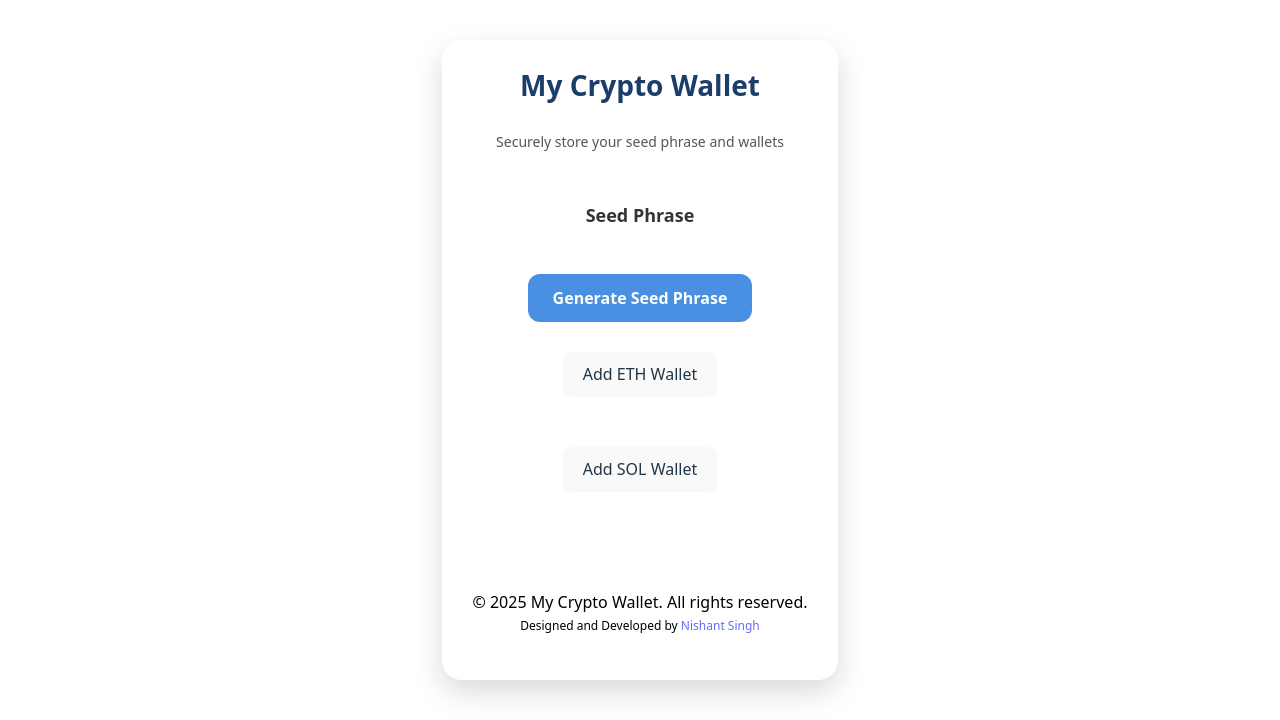
Repository: nishantsingh02/web-based-wallet-web-3
Page: /
An editor plug-in stored every save of this project. The page is shown before and after the next save, followed by the edit.
The browser window is 1280 px wide. The pictures show the whole page.
The project was rebuilt for these pictures with package versions that can differ from the ones it lists, and the page was loaded fresh each time. Also part of the build but not shown: vite.config.ts.

Above is the page before, as saved 2025-10-07 02:55:04.

After the next save:
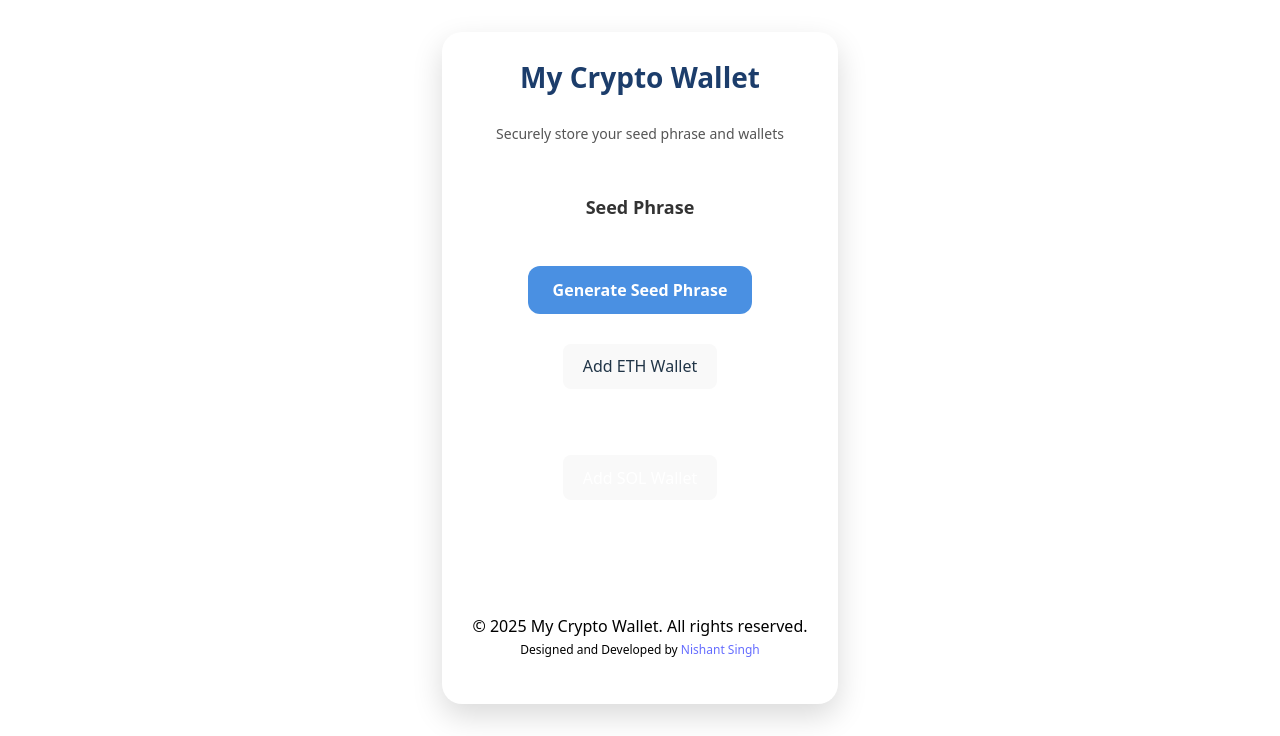
Saved 59 s later.
--- a/src/components/SOL_wallet.tsx
+++ b/src/components/SOL_wallet.tsx
@@ -1,4 +1,4 @@
-import { useState } from "react";
+import { useState, useEffect } from "react";
 import { mnemonicToSeed } from "bip39";
 import { derivePath } from "ed25519-hd-key";
 import nacl from "tweetnacl";
@@ -12,27 +12,71 @@ function SOL_wallet({ mnemonic }: SOLWalletProps) {
   const [currentIndex, setCurrentIndex] = useState(0);
   const [publicKeys, setPublicKeys] = useState<PublicKey[]>([]);
 
+  // Load from localStorage on mount
+  useEffect(() => {
+    const savedKeys = localStorage.getItem("solPublicKeys");
+    const savedIndex = localStorage.getItem("solCurrentIndex");
+
+    if (savedKeys) {
+      const keysArray = JSON.parse(savedKeys).map((k: string) => new PublicKey(k));
+      setPublicKeys(keysArray);
+    }
+    if (savedIndex) setCurrentIndex(Number(savedIndex));
+  }, []);
+
+  // Persist to localStorage whenever publicKeys or currentIndex changes
+  useEffect(() => {
+    localStorage.setItem(
+      "solPublicKeys",
+      JSON.stringify(publicKeys.map((k) => k.toBase58()))
+    );
+    localStorage.setItem("solCurrentIndex", currentIndex.toString());
+  }, [publicKeys, currentIndex]);
+
+  // Add new SOL wallet
+  const addWallet = async () => {
+    const seed = await mnemonicToSeed(mnemonic);
+    const path = `m/44'/501'/${currentIndex}'`;
+    const derivedSeed = derivePath(path, seed.toString("hex")).key;
+    const secret = nacl.sign.keyPair.fromSeed(derivedSeed).secretKey;
+    const keypair = Keypair.fromSecretKey(secret);
+
+    setPublicKeys([...publicKeys, keypair.publicKey]);
+    setCurrentIndex(currentIndex + 1);
+  };
+
+  // Delete a wallet
+  const deleteWallet = (index: number) => {
+    const newKeys = publicKeys.filter((_, idx) => idx !== index);
+    setPublicKeys(newKeys);
+
+    // Optional: adjust currentIndex to avoid overwriting
+    if (index < currentIndex) setCurrentIndex(currentIndex - 1);
+  };
+
   return (
-    <div>
+    <div className="mt-4">
       <button
-        onClick={async () => {
-          const seed = await mnemonicToSeed(mnemonic);
-          const path = `m/44'/501'/${currentIndex}'`;
-          const derivedSeed = derivePath(path, seed.toString("hex")).key;
-          console.log(derivedSeed);
-          const secret = nacl.sign.keyPair.fromSeed(derivedSeed).secretKey; // genrate the public and private key pair where we only select .secretKey that is a private key
-          const keypair = Keypair.fromSecretKey(secret); // this can genrate kepair object that contain .publicKey and .secretkey
-          setCurrentIndex(currentIndex + 1);
-          setPublicKeys([...publicKeys, keypair.publicKey]);
-        }}
+        onClick={addWallet}
+        className="bg-blue-500 text-white px-4 py-2 rounded hover:bg-blue-600 transition-colors mb-4"
       >
         Add SOL Wallet
       </button>
 
-         {/* render the public keys keys  */}
-      <div className="addresses-container" >
+      <div className="addresses-container flex flex-col gap-2">
         {publicKeys.map((p, idx) => (
-          <div key ={idx} className="address-card" >Account {idx + 1} - {p.toBase58()}</div>
+          <div
+            key={idx}
+            className="address-card flex justify-between items-center bg-gray-100 p-2 rounded shadow"
+          >
+            <span>Account {idx + 1} - {p.toBase58()}</span>
+            <div
+              onClick={() => deleteWallet(idx)}
+              className="bg-red-500 w-10 h-10 flex items-center justify-center text-white font-bold rounded-full cursor-pointer hover:bg-red-600 hover:scale-110 transition-all shadow-md"
+            >
+              X
+            </div>
+          </div>
         ))}
       </div>
     </div>
